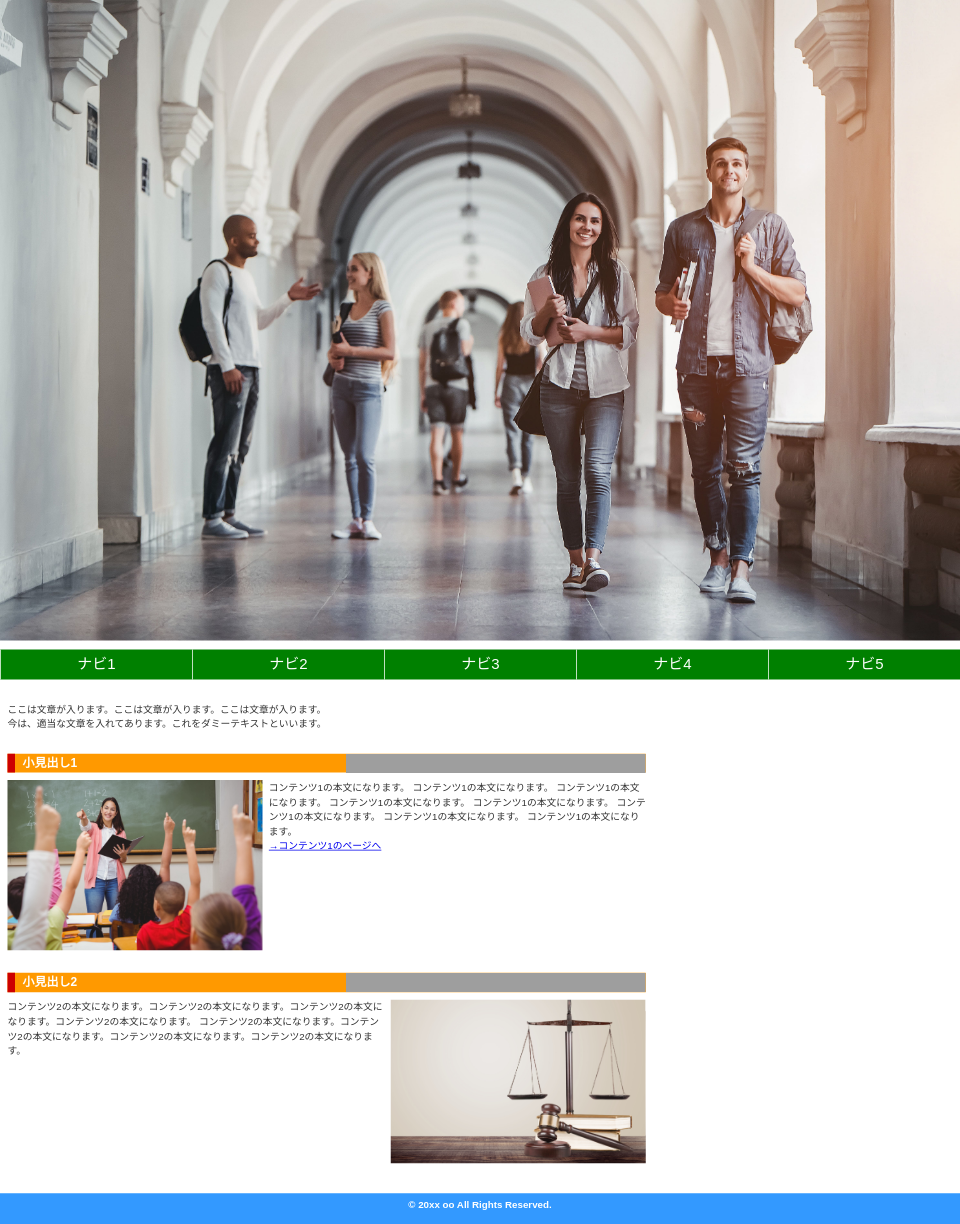
Repository: maihashi/samurai_HTML-CSS
Page: home.html
The author's editor kept a record of every edit. The page is drawn from the files as they stood at one moment, then again after the next edit.
The browser window is 1280 px wide. The pictures show the whole page, at 75% of full size.
Pictures or frames that could not be fetched are drawn as grey boxes.

Above is the page before.

After the next edit:
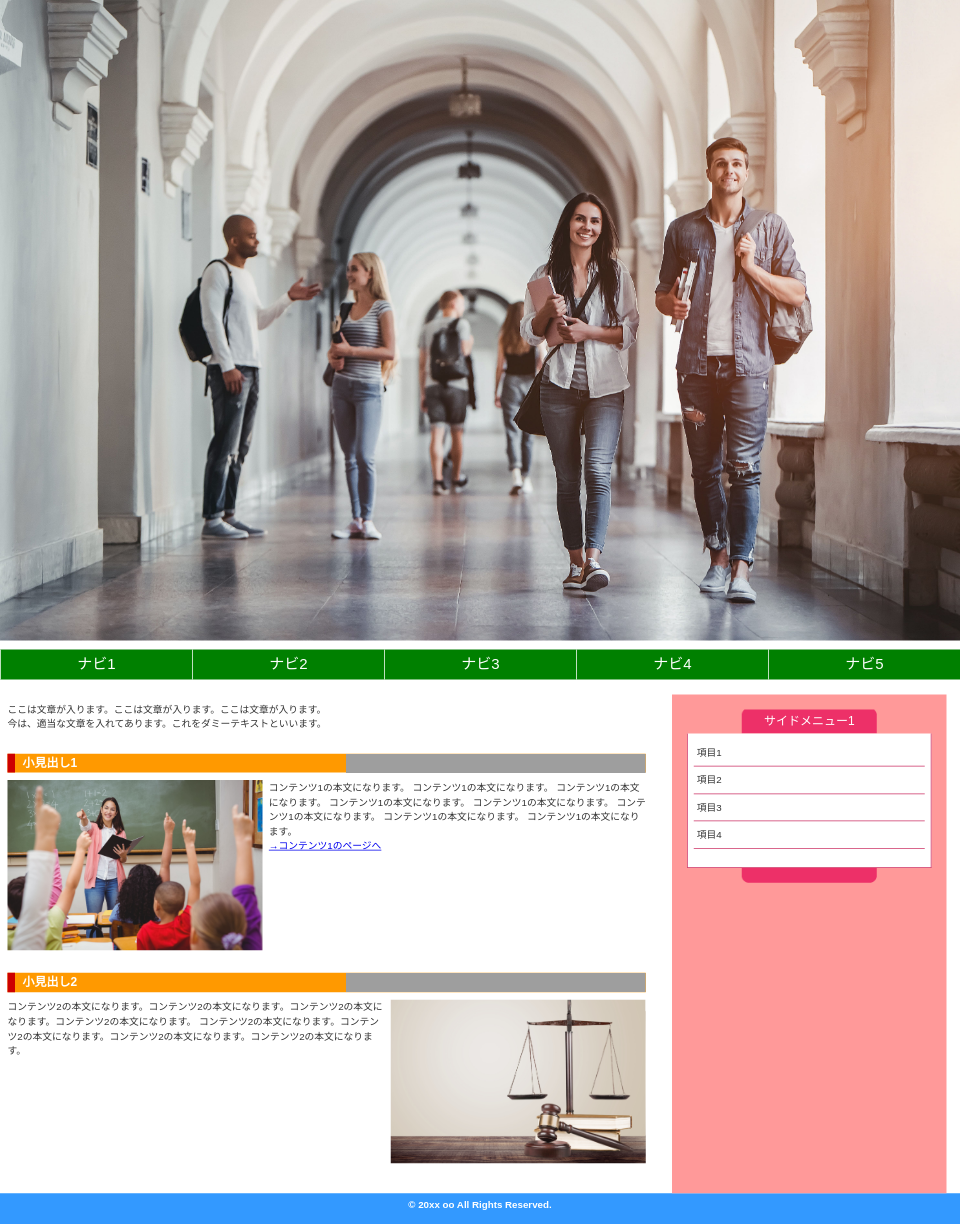
The edit:
--- a/home.html
+++ b/home.html
@@ -42,6 +42,19 @@
             </p>
           </div>
         </div>
+        <div id="side">
+          <div class="box">
+            <h2>サイドメニュー1</h2>
+            <div class="boxBody">
+              <ul>
+                <li>項目1</li>
+                <li>項目2</li>
+                <li>項目3</li>
+                <li>項目4</li>
+              </ul>
+            </div>
+          </div>
+        </div>
       </div>
     </div>
     <div id="footer">
